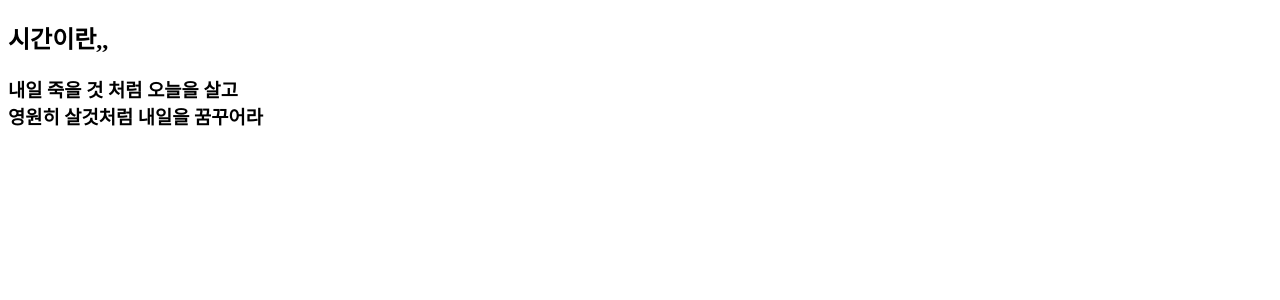
Repository: kukulza1/jspworks
Page: http://localhost/jwbook/time.jsp
The author's editor kept a copy of each file at every save. The page is drawn from the files as they stood at one save, then again after the next save.
The browser window is 1280 px wide. The pictures show the whole page.
The page is served by Tomcat 9. Other server files are loaded and not shown.

Above is the page before, as saved 2023-11-20 02:56:44.

### jwbook/src/main/webapp/time.jsp
<%@ page language="java" contentType="text/html; charset=UTF-8"
    pageEncoding="UTF-8"%>
<!DOCTYPE html>
<html>
<head>
<meta charset="UTF-8">
<meta name="viewport" content="width=device-width, initial-scale=1.0">
<title>시간</title>
</head>
<body>
  <div id="wrap">
     <h2>시간이란,,</h2>
     <h3>내일 죽을 것 처럼 오늘을 살고<br>
         영원히 살것처럼 내일을 꿈꾸어라
     </h3>
  </div>
</body>
</html>

After the next save:
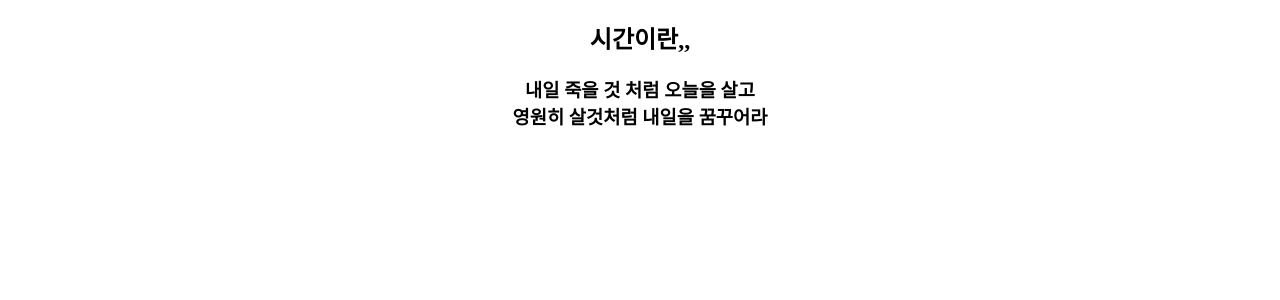
Saved 88 s later.
--- a/jwbook/src/main/webapp/time.jsp
+++ b/jwbook/src/main/webapp/time.jsp
@@ -6,6 +6,11 @@
 <meta charset="UTF-8">
 <meta name="viewport" content="width=device-width, initial-scale=1.0">
 <title>시간</title>
+<style>
+ #wrap{
+	 width:80%; margin: 0 auto; text-align:center
+ }
+</style>
 </head>
 <body>
   <div id="wrap">
